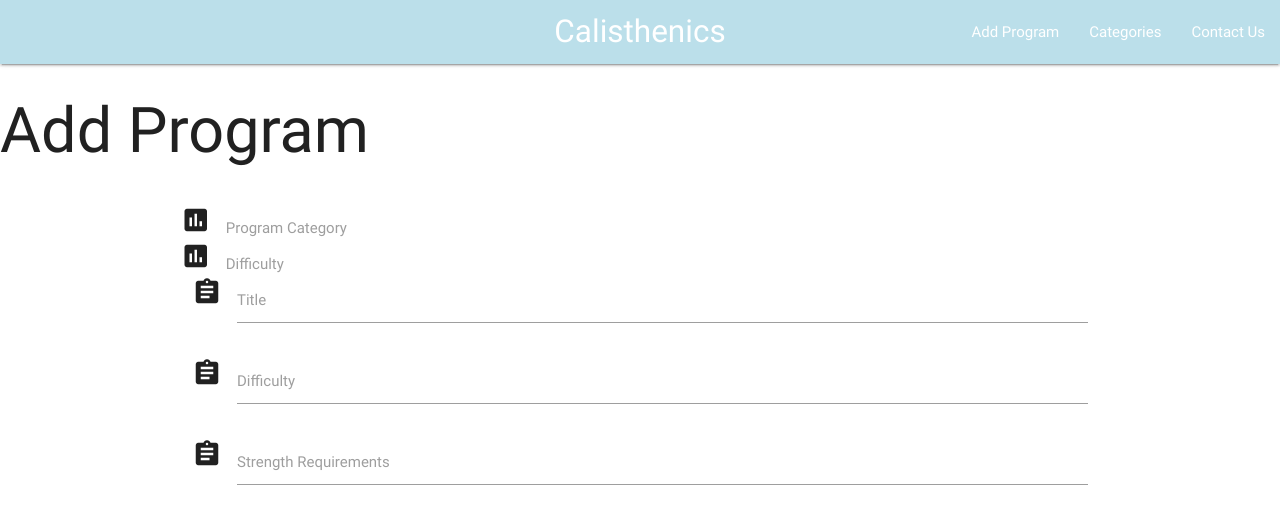
Repository: Ario124/calisthenics-project
Page: http://localhost/add_program
The author's editor kept a record of every edit. The page is drawn from the files as they stood at one moment, then again after the next edit.
The browser window is 1280 px wide. The pictures show the whole page.
The page is served by the project's application, run on Flask 3 (app.py). Queries for data that is not in the repository find no rows.

Above is the page before.

After the next edit:
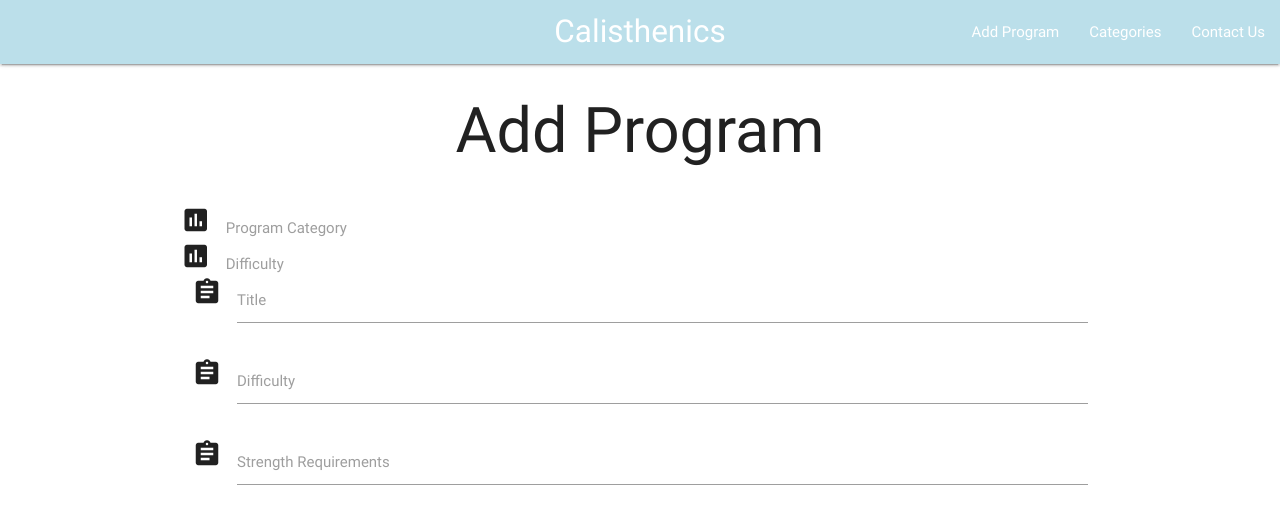
The edit:
--- a/templates/add_program.html
+++ b/templates/add_program.html
@@ -1,7 +1,7 @@
 {% extends 'base.html' %}
 {% block content %}
 
-            <h1>Add Program</h1>
+            <h1 class="center-align">Add Program</h1>
        <div class="container">
                 <div class="row">
             <div class="row">
